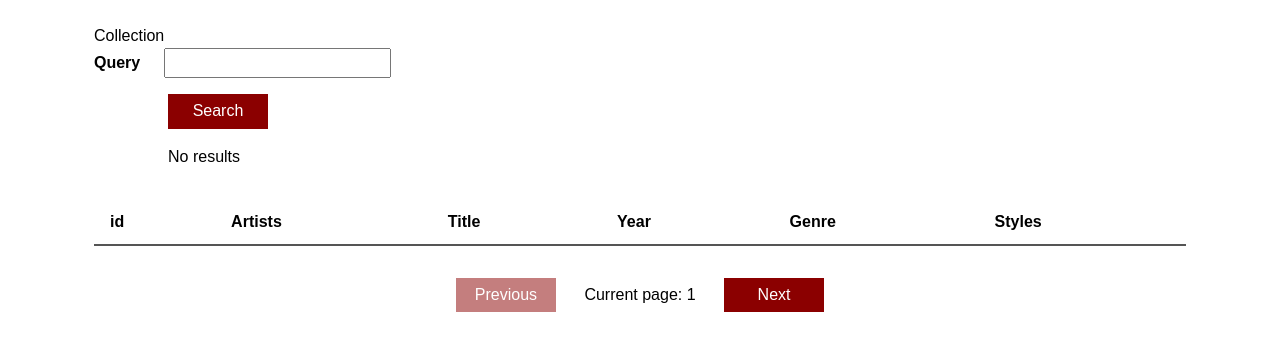
Repository: ivan-baljkas/pristupni_zadatak
Page: / (app in frontend/react-akademija-master/)
An editor plug-in stored every save of this project. The page is shown before and after the next save, followed by the edit.
The browser window is 1280 px wide. The pictures show the whole page.
The page's requests for data from a server got no answer. The project was rebuilt for these pictures with package versions that can differ from the ones it lists, and the page was loaded fresh each time. No one was signed in, and anything a server would have sent is missing. Also part of the build but not shown: frontend/react-akademija-master/src/components/TableItem.jsx.

Above is the page before, as saved 2021-07-22 11:58:02.

### frontend/react-akademija-master/public/index.html
<!DOCTYPE html>
<html lang="en">
  <head>
    <meta charset="utf-8" />
    <link rel="icon" href="%PUBLIC_URL%/favicon.ico" />
    <meta name="viewport" content="width=device-width, initial-scale=1" />
    <meta name="theme-color" content="#000000" />
    <meta
      name="description"
      content="Web site created using create-react-app"
    />
    <link rel="apple-touch-icon" href="%PUBLIC_URL%/logo192.png" />
    <!--
      manifest.json provides metadata used when your web app is installed on a
      user's mobile device or desktop. See https://developers.google.com/web/fundamentals/web-app-manifest/
    -->
    <link rel="manifest" href="%PUBLIC_URL%/manifest.json" />
    <!--
      Notice the use of %PUBLIC_URL% in the tags above.
      It will be replaced with the URL of the `public` folder during the build.
      Only files inside the `public` folder can be referenced from the HTML.

      Unlike "/favicon.ico" or "favicon.ico", "%PUBLIC_URL%/favicon.ico" will
      work correctly both with client-side routing and a non-root public URL.
      Learn how to configure a non-root public URL by running `npm run build`.
    -->
    <link rel="stylesheet" type="text/css" href="https://cdnjs.cloudflare.com/ajax/libs/normalize/8.0.1/normalize.min.css">
    <title>Ivan Baljkas</title>
  </head>
  <body>
    <noscript>You need to enable JavaScript to run this app.</noscript>
    <div id="root"></div>
    <!--
      This HTML file is a template.
      If you open it directly in the browser, you will see an empty page.

      You can add webfonts, meta tags, or analytics to this file.
      The build step will place the bundled scripts into the <body> tag.

      To begin the development, run `npm start` or `yarn start`.
      To create a production bundle, use `npm run build` or `yarn build`.
    -->
  </body>
</html>

### frontend/react-akademija-master/src/index.css
body {
  margin: 0;
  font-family: -apple-system, BlinkMacSystemFont, "Segoe UI", "Roboto", "Oxygen",
    "Ubuntu", "Cantarell", "Fira Sans", "Droid Sans", "Helvetica Neue",
    sans-serif;
  -webkit-font-smoothing: antialiased;
  -moz-osx-font-smoothing: grayscale;
}

body {
  max-width: 1140px;
  margin: 0 auto;
  padding: 24px;
  font-family: Arial, sans-serif;
  font-size: 16px;
  line-height: 1.5;
}

h1 {
  margin-top: 0;
}

html {
  box-sizing: border-box;
}
*,
*:before,
*:after {
  box-sizing: inherit;
}

table {
  border-collapse: collapse;
  text-align: left;
  margin-bottom: 2em;
  width: 100%;
}

thead {
  border-bottom: 2px solid #555;
}

thead th,
td {
  padding: 0.6em 1em;
}

tbody tr:nth-child(even) {
  background-color: #e9e9e9;
}

.pagination {
  text-align: center;
}

button {
  margin: 0 1.5em;
  background-color: darkred;
  color: white;
  border-width: 0;
  padding: 0.5em 1em;
  min-width: 100px;
}

button:disabled {
  opacity: 0.5;
}

.stats {
  border-bottom: 1px solid #555;
  padding-bottom: 1em;
  margin-bottom: 1em;
  text-align: center;
}

form div {
  margin-bottom: 1em;
}

form {
  margin-bottom: 2em;
}

form label {
  display: inline-block;
  min-width: 70px;
}

form button,
.result {
  margin-left: 74px;
}

form input {
  padding: 0.25em 0.5em;
}

form label {
  font-weight: bold;
}

### frontend/react-akademija-master/src/App.js
import React, {useState, useEffect} from "react";
import { SearchForm } from "./components/SearchForm";
import { CollectionTable } from "./components/CollectionTable";
import { TableItem } from "./components/TableItem";
import { Pagination } from "./components/Pagination";
//import data from "./data.json";


const App = () => {

  const [state, setState]= useState({
      results:[],
      currentPage:6,
      searchQuery:''
  });

  const [queryResult, setQueryResult]= useState('No results');


  /* Dohvaćanje kolekcije */
useEffect(() => {
  fetch(`https://api.discogs.com/users/adrianmusiccollector/collection/folders/0/releases?page=${state.currentPage}`)
    /* Dohvaćanje API URL-a sa prosljeđenom paginacijom */
    .then((data) => data.json())
    .then((data) => {
      /* Dopuniti sa state update funkcijom */
      const items = data.releases
      setState({...state, results:items})
    })
    .catch((error)=>{
        console.log('Error: ',error);
    });
}, []);

const handleSearch = (event) => {

  fetch(
    `https://api.discogs.com/database/search?q=${state.searchQuery}&key=OxnCHJEetGbikaamOyaK&secret=wQCIuWuanmRVVeWqNVFWMfSJldHbqnAi`
  )
    .then((data) => data.json())
    .then((data) => {
      setQueryResult(
        Boolean(data.results.length) ? data.results[0].title : "No results"
      );
    });
};




  return (
    <div>
      <header>
        Collection
      </header>
      <SearchForm state={state} queryState={[queryResult, setQueryResult]} handleSearch={handleSearch} >
          {queryResult}
        </SearchForm>
        <CollectionTable>
        {state.results.map(release=>(
          <TableItem id={release.id} {...release}/>
        ))}
        </CollectionTable>
        <Pagination currentPage={1} pages={2} />
    </div>
  );
};

export default App;

### frontend/react-akademija-master/src/components/SearchForm.jsx
import React, { Component } from 'react'

export const SearchForm = (props) =>{

    return(
        <div>
            <form  onClick={props.handleSearch()}>
            <div>

                <label htmlFor="query">Query </label>
                <input type="text" id="query"/>
            </div>
            <div>
                <button type="submit">Search</button>
                <p class="result">{props.children}</p>
            </div>

            </form>

        </div>
    );
};

### frontend/react-akademija-master/src/components/CollectionTable.jsx
import React, { Component } from 'react'
import { TableItem } from './TableItem';
export const CollectionTable = (props) =>{

    return(
        <div>
            <table>
            <thead>
                <tr>
                    <th>id</th>
                    <th>Artists</th>
                    <th>Title</th>
                    <th>Year</th>
                    <th>Genre</th>
                    <th>Styles</th>
                </tr>
            </thead>
             <tbody>
                {props.children}
            </tbody>

            </table>
        </div>
    );
};

### frontend/react-akademija-master/src/components/Pagination.jsx
import React, { Component } from 'react'

export const Pagination = (props) =>{

    return(
        <div className="pagination">
            <button type="button" disabled = {props.currentPage === 1}>Previous</button>
             <span>  Current page:  {props.currentPage} </span>
             <button type="button"disabled = {props.currentPage === props.pages}>Next</button>
        </div>
    );
};

Loaded but not shown: frontend/react-akademija-master/src/index.js (common file); frontend/react-akademija-master/src/reportWebVitals.js (common file)

After the next save:
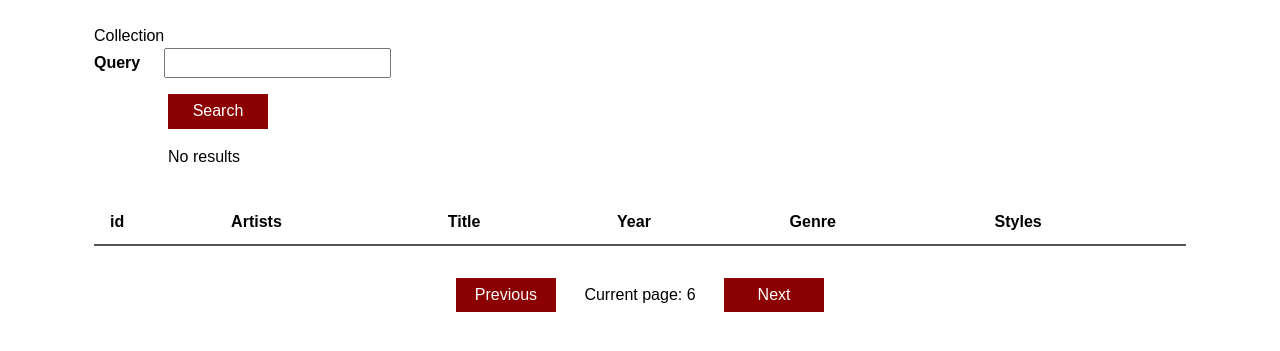
Saved 9 min 59 s later.
--- a/frontend/react-akademija-master/src/App.js
+++ b/frontend/react-akademija-master/src/App.js
@@ -61,7 +61,7 @@ const handleSearch = (event) => {
           <TableItem id={release.id} {...release}/>
         ))}
         </CollectionTable>
-        <Pagination currentPage={1} pages={2} />
+        <Pagination currentPage={state.currentPage} pages={2} />
     </div>
   );
 };
